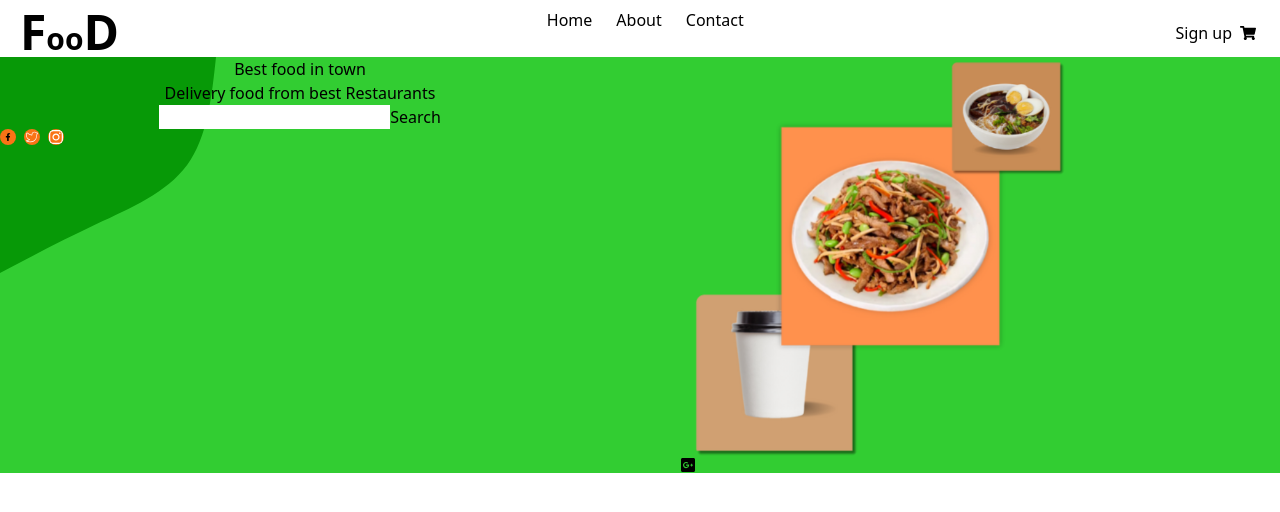
Repository: KhushiCode14/FoodWeb
Page: /
An editor plug-in stored every save of this project. The page is shown before and after the next save, followed by the edit.
The browser window is 1280 px wide. The pictures show the whole page.
The project was rebuilt for these pictures with package versions that can differ from the ones it lists, and the page was loaded fresh each time. Also part of the build but not shown: src/components/Home/SignUp.tsx, src/components/Home/SignIn.tsx.

Above is the page before, as saved 2024-09-19 19:56:09.

### src/index.css
@tailwind base;
@tailwind components;
@tailwind utilities;

.bgBack{
  background-image: url(../src/components/images/background.svg);
}

### src/App.tsx
import { Route, BrowserRouter as Router, Routes ,  } from 'react-router-dom';
import './App.css';
import Navbar from './Pages/Navbar';
import Home from './Pages/Home';
import SignUp from './components/Home/SignUp';
import SignIn from './components/Home/SignIn';

function App() {
  return (
    <div className="App">
      <Router>
        <Navbar/>
      <Routes>
        <Route  path="/" element={<Home/>} />
        <Route  path="/signUp" element={<SignUp/>} />
        <Route  path="/signIn" element={<SignIn/>} />
        {/* <Route  path="/about" element={About} />
        <Route  path="/contact" element={Contact} /> */}
        </Routes>
      </Router>

    </div>
  );
}

export default App;

### src/Pages/Navbar.tsx
import { NavLink } from "react-router-dom"
import { Link } from "react-router-dom"
import { FaShoppingCart } from "react-icons/fa";
import { FaCartPlus } from "react-icons/fa";
import { useState } from "react";
interface nav {
  to: string,
  linkName: string

}
const Navbar: React.FC = () => {
  const [sign, setSign] = useState<string>('Sign up');
  const [cart, setCart] = useState<JSX.Element>(<FaShoppingCart />);
  const navLink: nav[] = [
    { to: "/", linkName: "Home" },
    { to: "/about", linkName: "About" },
    { to: "/contact", linkName: "Contact" },
    // Add more links as needed
  ]
  const handleSign = () => {
    setSign(sign === 'Sign up'? 'Sign in' : 'Sign up');
  }
  const handleCart = () => {
    setCart(prevCart =>
      prevCart.type === FaShoppingCart ? <FaCartPlus /> : <FaShoppingCart />
    );
  };

  return (
    <div className="mx-5  mt-2 flex justify-between">
      <div className="font-bold text-3xl"><h1><span className=" text-5xl">F</span>oo<span className=" text-5xl">D</span></h1></div>
      <div>
        {
          navLink.map((link, index) => (
            <Link key={index} to={link.to} className="mx-3 hover:text-gray-800">
              {link.linkName}
            </Link>
          ))
        }
      </div>
      <div className="flex justify-center items-center">
        <button><NavLink to="/signUp" onClick={handleSign} className="m-1">{sign}</NavLink></button>

        <div onClick={handleCart}className="m-1" >
          {cart}
        </div>



      </div>
    </div>
  )
}

export default Navbar

### src/Pages/Home.tsx

import { FaFacebookF, FaGooglePlusSquare, FaInstagram, } from "react-icons/fa"
import { CiTwitter } from "react-icons/ci";
import food from "../components/images/food.png"
import { Link } from "react-router-dom";
const Home: React.FC = () => {
  return (

    <div className=" flex  gap-20 bgBack ">

      <div className="w-1/2">
        <h3>Best food in town</h3>
        <h1>Delivery food from best Restaurants</h1>
        <div>
          <input type="text"></input>
          <button>Search</button>
          <div className="flex gap-2  ">
            <Link to="/about"><FaFacebookF className="bg-orange-500  text-black rounded-full font-extrabold  p-1"/>
            </Link>
            <Link to=""> < CiTwitter color="white" className="bg-orange-500 rounded-full" />
            </Link>
            <Link to="">  <FaInstagram color="white" className="bg-orange-500 rounded-full" />
            </Link>

          </div>
        </div>
      </div>
      <div className="w-1/2 items-center justify-center" >
        <img src={food} alt="logo" width={400} />
        <FaGooglePlusSquare />
      </div>
    </div>
  )
}

export default Home

Loaded but not shown: public/index.html (common file); src/index.tsx (common file); src/reportWebVitals.ts (common file); src/App.css (common file); tailwind.config.js (common file)

After the next save:
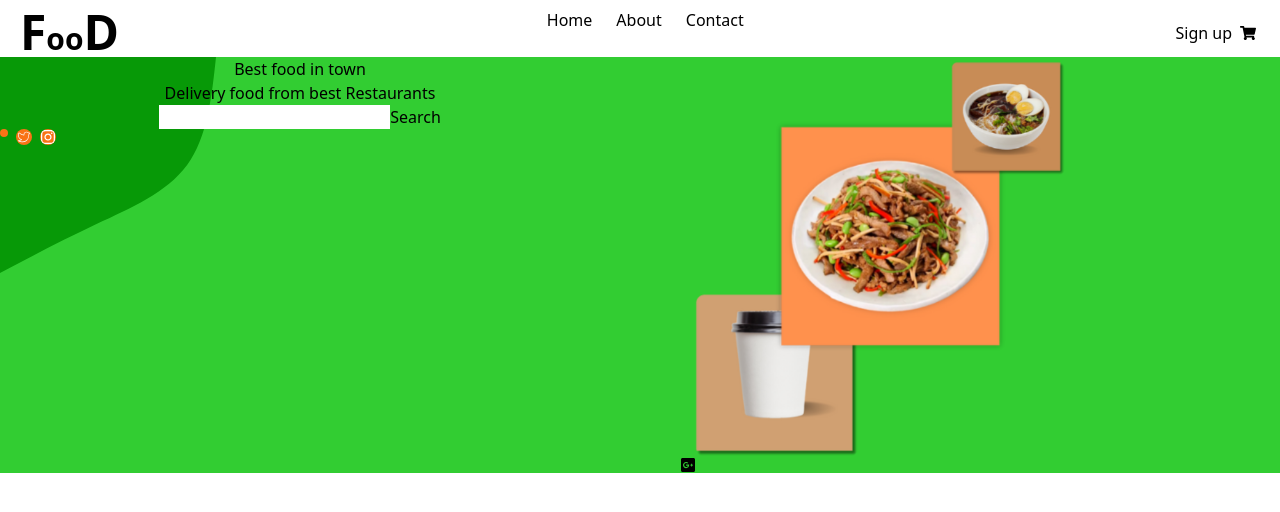
Saved 13 s later.
--- a/src/Pages/Home.tsx
+++ b/src/Pages/Home.tsx
@@ -15,7 +15,7 @@ const Home: React.FC = () => {
           <input type="text"></input>
           <button>Search</button>
           <div className="flex gap-2  ">
-            <Link to="/about"><FaFacebookF className="bg-orange-500  text-black rounded-full font-extrabold  p-1"/>
+            <Link to="/about"><FaFacebookF  size={2}className="bg-orange-500  text-black rounded-full font-extrabold  p-1"/>
             </Link>
             <Link to=""> < CiTwitter color="white" className="bg-orange-500 rounded-full" />
             </Link>
